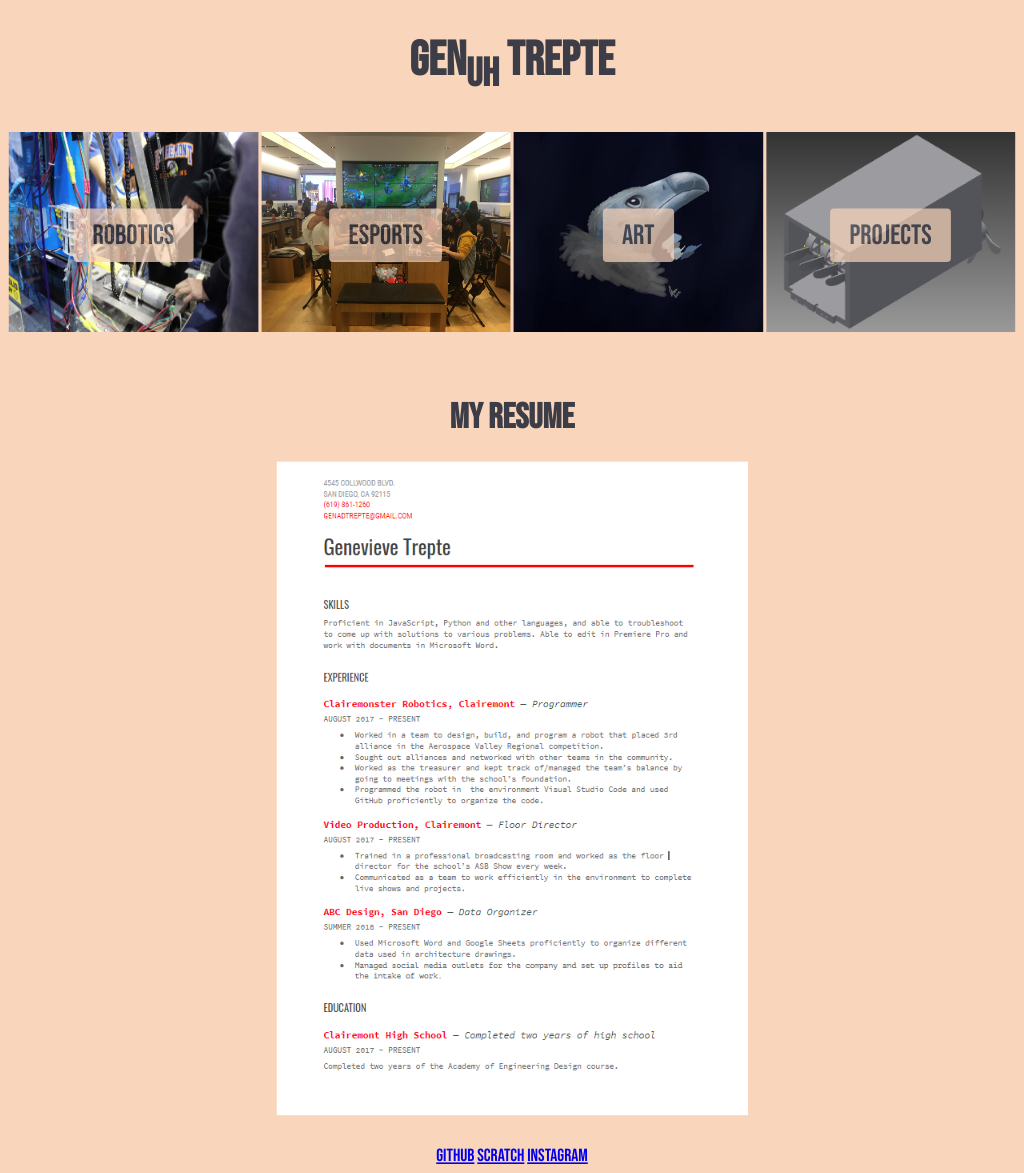
Repository: gennnna/gennnna.github.io
Page: pages/index.html
The author's editor kept a record of every edit. The page is drawn from the files as they stood at one moment, then again after the next edit.
The browser window is 1280 px wide. The pictures show the whole page, at 80% of full size.

Above is the page before.

### pages/index.html
<!DOCTYPE html>
<html>
    <head>
        <link rel="stylesheet" type="text/css" href="//fonts.googleapis.com/css?family=Bebas+Neue">
        <link rel="stylesheet" type="text/css" href="style.css">
        <title>gen-uh</title>
    </head>
    <body>
        <h1 style="font-size:60px;"><center>GEN<sub>UH</sub> TREPTE</center></h1>
        <table align="center">
            <tr>
                <td class="container">
                    <img src="../images/roobotics.JPG" alt="robotics">
                    <form action="robotics.html"><button class="btn">Robotics</button></form>
                </td>
                <td class="container">
                    <img src="../images/esportstourney.JPG" alt="esports">
                    <form action="esports.html"><button class="btn">Esports</button></form>
                </td>
                <td class="container">
                    <img src="../images/art.png" alt="art">
                    <form action="art.html"><button class="btn">Art</button></form>
                </td>
                <td class="container">
                    <img src="../images/skeet.PNG" alt="personalp">
                    <form action="personal.html"><button class="btn">Projects</button></form>
                </td>
            </tr>
        </table>
        <div style="padding:20px"></div>
        <center>
            <h1>My Resume</h1>
            <img src="../images/RESUME.png">
        </center>
        <div style="padding:15px"></div>
        <table align="center">
            <tr>
                <center>
                    <a href="https://github.com/gennnna" target="blank_">Github</a>
                    <a href="https://scratch.mit.edu/users/Nomii/" target="blank_">Scratch</a>
                    <a href="https://www.instagram.com/gennnna/" target="blank_">Instagram</a>
                </center>
            </tr>
        </table>
    </body>
</html>

### pages/style.css
            html{
                scroll-behavior:smooth;
            }
            body{
                background-color:#f9d5bb;
                font-family:menlo;
                color:#3c3d47;
                font-family:'Bebas Neue', cursive;
                font-size:22px;
                padding:.01px;
            }
            aboutbutton{
                background-color:#f9d5bb;
                border:none;
                cursor:pointer;
                color:#3c3d47;
                font-size:35px;
                padding:25px;
                border-radius:5px;
            }
            aboutbutton:hover{
                cursor:pointer;
            }
            button{
                background-color:#f9d5bb;
                border:none;
                color:#3c3d47;
                font-size:20px;
                opacity:.5;
                padding:15px;
                border-radius:5px;
            }
            button:hover{
                box-shadow:0 12px 16px 0 rgba(0,0,0,0.24), 0 17px 50px 0 rgba(0,0,0,0.19);
                opacity:1;
                cursor:pointer;
            }
            /*linkbutton{*/
            /*    height:1px;*/
            /*    width:1px;*/
            /*    opacity:.5;*/
            /*    padding:10px;*/
            /*    border-radius:5px;*/
            /*}*/
            /*linkbutton:hover{*/
            /*    opacity:1;*/
            /*    cursor:pointer;*/
            /*}*/
            .container{
                position:relative;
                width:20%;
            }
            .container img {
                width:100%;
                height:250px;
            }
            .container .btn {
                position: absolute;
                top:50%;
                left:50%;
                transform:translate(-50%,-50%);
                -ms-transform:translate(-50%,-50%);
                background-color:#f9d5bb;
                color:#3c3d47;
                font-size:16px;
                padding:12px 24px;
                border:none;
                cursor:pointer;
                border-radius:5px;
                opacity:70%;
                font-family:'Bebas Neue', cursive;
                font-size:35px;
            }
            .container .btn:hover{
                opacity:100%;
                cursor:pointer;
            }
            imgfloats{
                float:right;
            }
            a{

            }

After the next edit:
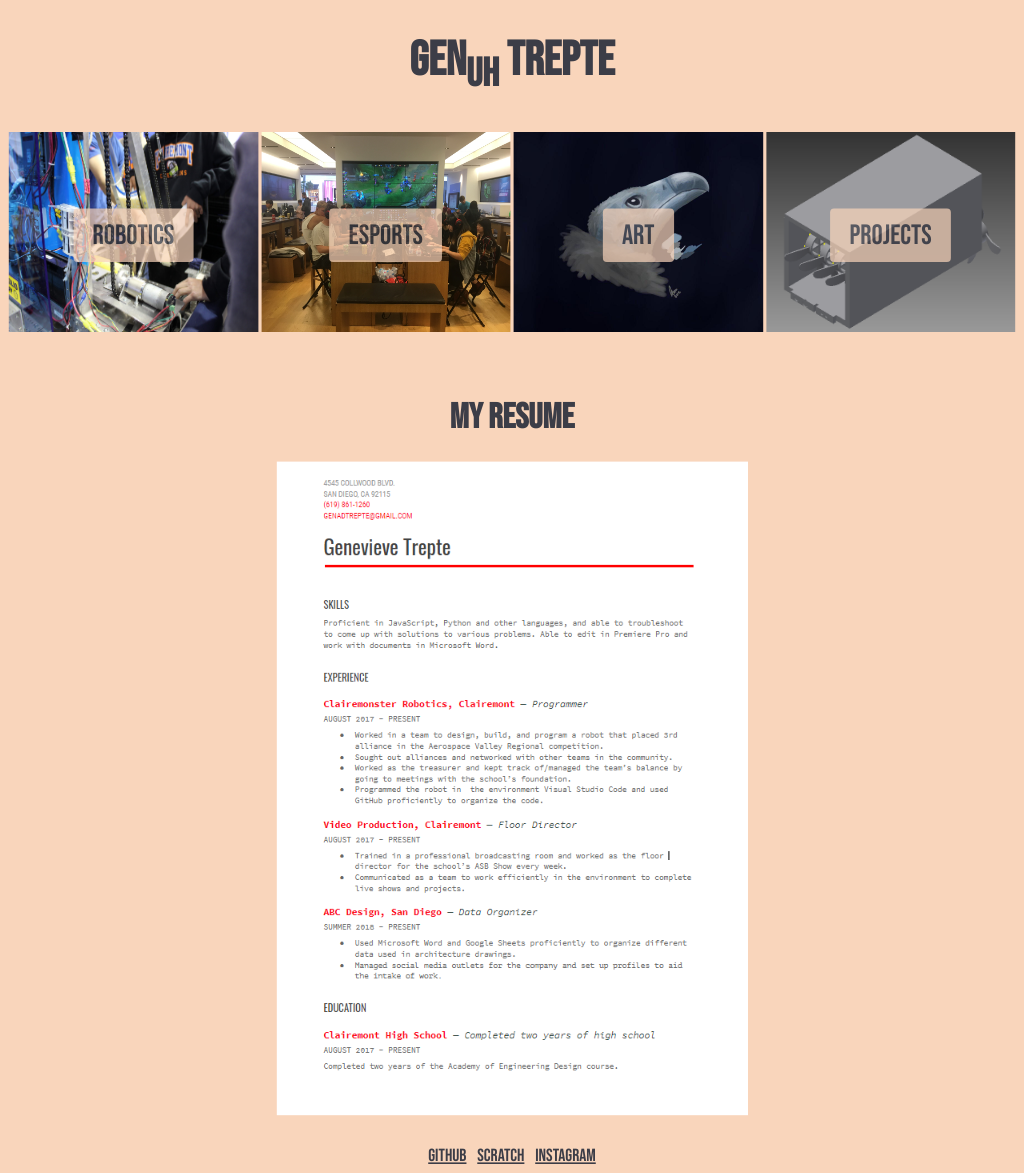
The edit:
--- a/pages/style.css
+++ b/pages/style.css
@@ -79,5 +79,7 @@
                 float:right;
             }
             a{
+                color:#3c3d47;
+                padding:5px;
 
             }
